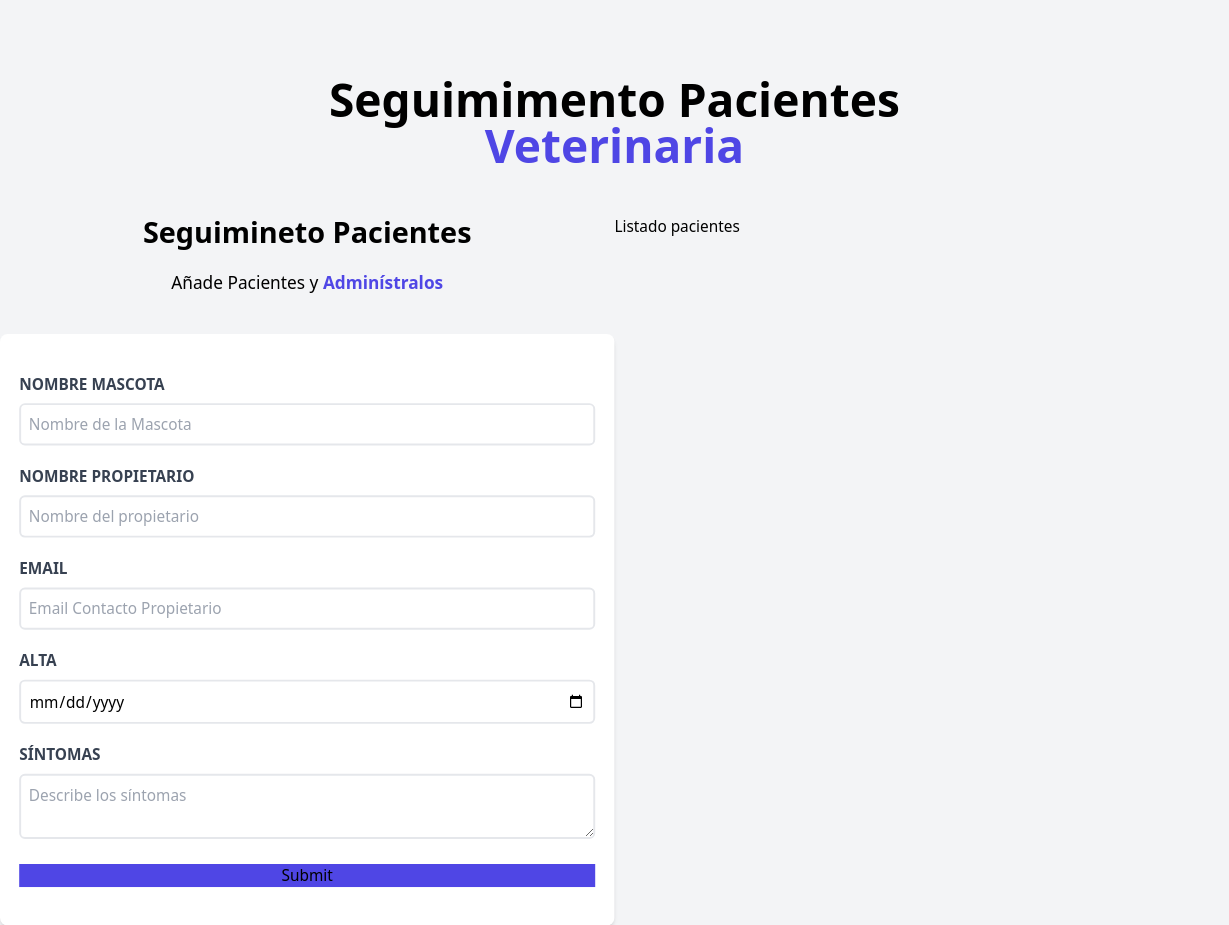
Repository: rlaureano/citas_react
Page: /
These files come from the project's save history. The page is drawn as it stood at one moment and after the next save; the edit follows.
The browser window is 1280 px wide. The pictures show the whole page, at 96% of full size.
The project was rebuilt for these pictures with package versions that can differ from the ones it lists, and the page was loaded fresh each time. Also part of the build but not shown: vite.config.js.

Above is the page before, as saved 2022-01-11 23:08:35.

### src/App.jsx
import Formulario from "./components/Formulario"
import Header from "./components/Header"
import ListadoPacientes from "./components/ListadoPacientes"

function App() {

  return (
    <div className="container mx-auto mt-20">
      <Header  />
      <div className="mt-12 md:flex">
        <Formulario  />
        <ListadoPacientes />
      </div>
    </div>
  )
}

export default App

### src/components/Formulario.jsx
import React from 'react'

const Formulario = () => {
  return (
    <div className="md:w-1/2 lg:w2/5">

      <h2 className="font-black text-3xl text-center">Seguimineto Pacientes</h2>

      <p className="text-lg mt-5 text-center mb-10">
        Añade Pacientes y {''}
        <span className="text-indigo-600 font-bold text-lg">Adminístralos</span>
      </p>

      <form action="" className="bg-white shadow-md rounded-lg py-10 px-5">
        <div className="mb-5">
          <label htmlFor="mascota" className="block text-gray-700 uppercase font-bold">Nombre Mascota</label>
          <input
            id='mascota'
            type="text"
            placeholder="Nombre de la Mascota"
            className="border-2 w-full p-2 mt-2 placeholder-gray-400 rounded-md"
          />
        </div>

        <div className="mb-5">
          <label htmlFor="propietario" className="block text-gray-700 uppercase font-bold">Nombre Propietario</label>
          <input
            id='propietario'
            type="text"
            placeholder="Nombre del propietario"
            className="border-2 w-full p-2 mt-2 placeholder-gray-400 rounded-md"
          />
        </div>

        <div className="mb-5">
          <label htmlFor="email" className="block text-gray-700 uppercase font-bold">Email</label>
          <input
            id='email'
            type="email"
            placeholder="Email Contacto Propietario"
            className="border-2 w-full p-2 mt-2 placeholder-gray-400 rounded-md"
          />
        </div>

        <div className="mb-5">
          <label htmlFor="alta" className="block text-gray-700 uppercase font-bold">Alta</label>
          <input
            id='alta'
            type="date"
            className="border-2 w-full p-2 mt-2 placeholder-gray-400 rounded-md"
          />
        </div>

        <div className="mb-5">
          <label htmlFor="sintomas" className="block text-gray-700 uppercase font-bold">Síntomas</label>
          <textarea
            id='sintomas'
            placeholder="Describe los síntomas"
            className="border-2 w-full p-2 mt-2 placeholder-gray-400 rounded-md"
          />
        </div>

        <input
          type="submit"
          className="bg-indigo-600 w-full"
        />
      </form>

    </div>
  )
}

export default Formulario

### src/components/Header.jsx
function Header() {
  return (

      <h1 className="font-black text-5xl text-center md:w-2/3 mx-auto">Seguimimento Pacientes {''}
        <span className="text-indigo-600">Veterinaria</span>
      </h1>

  )
}

export default Header

### src/components/ListadoPacientes.jsx
import React from 'react'

const ListadoPacientes = () => {
  return (
    <div className="w-1/2 ld:w-3/5">
      <h2>Listado pacientes</h2>
    </div>
  )
}

export default ListadoPacientes

### tailwind.config.js
module.exports = {
  purge: ["./index.html", "./src/**/*.{jsx}"],
  content: [],
  theme: {
    extend: {},
  },
  plugins: [],
}

Loaded but not shown: index.html (common file); src/main.jsx (common file); src/index.css (common file)

After the next save:
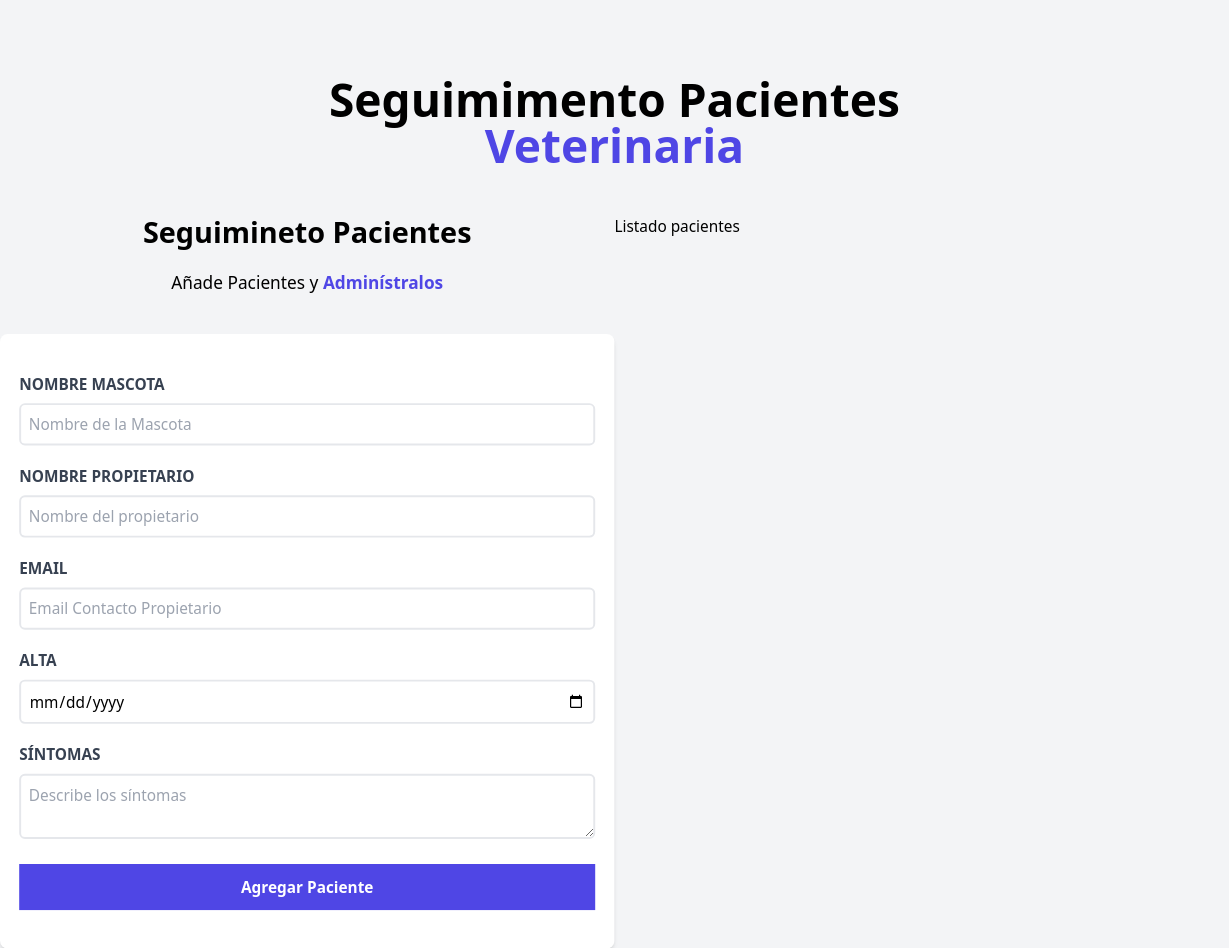
Saved 34 s later.
--- a/src/components/Formulario.jsx
+++ b/src/components/Formulario.jsx
@@ -62,7 +62,8 @@ const Formulario = () => {
 
         <input
           type="submit"
-          className="bg-indigo-600 w-full"
+          className="bg-indigo-600 w-full p-3 text-white font-bold"
+          value="Agregar Paciente"
         />
       </form>
 
